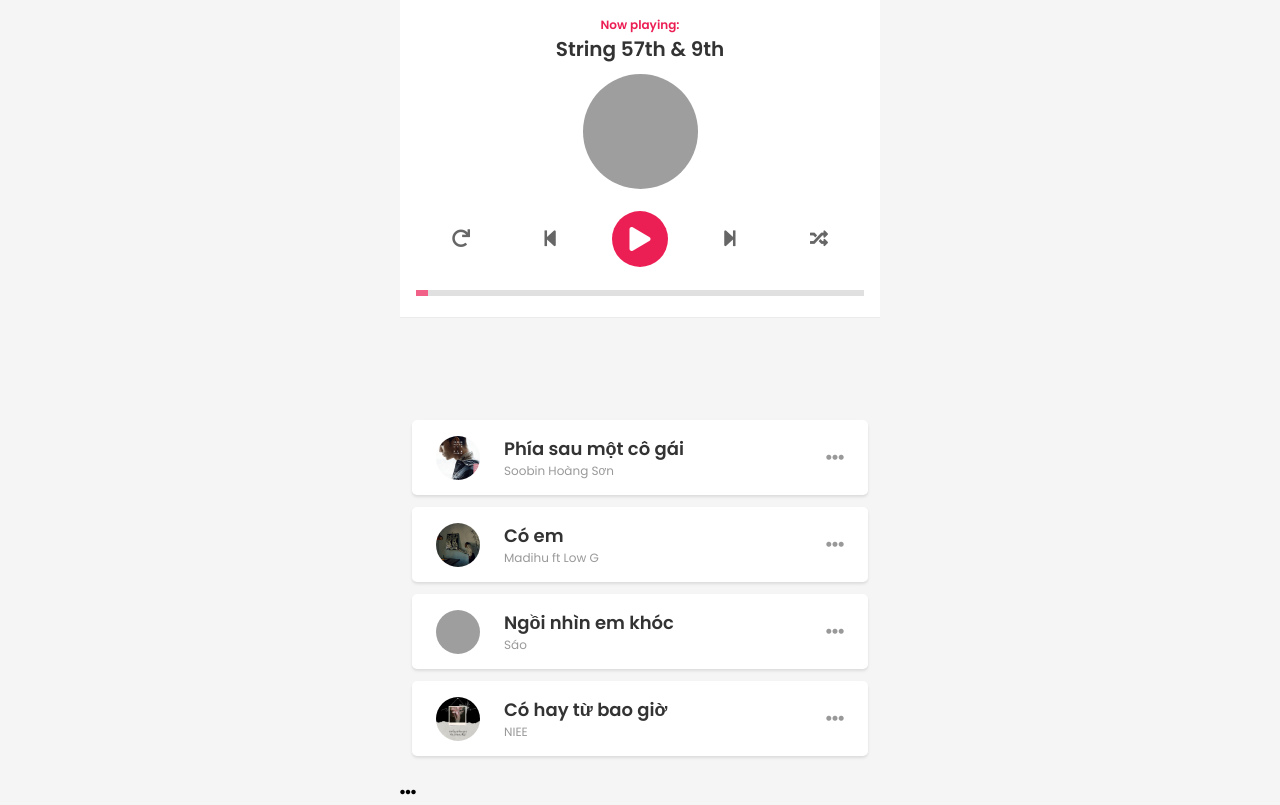
Repository: phan250501/Music
Page: index.html
The author's editor kept a copy of each file at every save. The page is drawn from the files as they stood at one save, then again after the next save.
The browser window is 1280 px wide. The pictures show the whole page.
Pictures or frames that could not be fetched are drawn as grey boxes.

Above is the page before, as saved 2023-06-05 16:21:58.

After the next save:
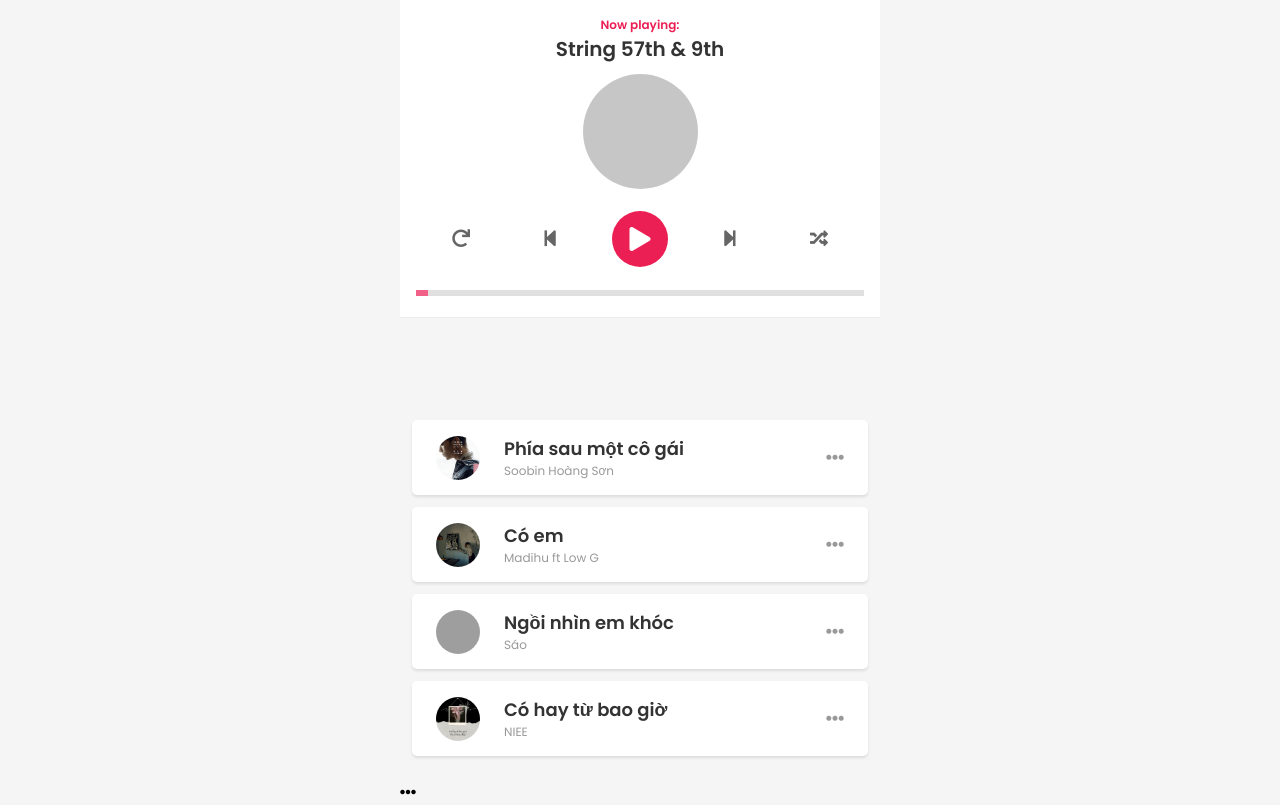
Saved 72 s later.
--- a/index.js
+++ b/index.js
@@ -53,7 +53,8 @@
         document.onscroll = function(){
             const scrollTop = window.scrollY || document.documentElement.scrollTop;
             const newCdWidth = cd.offsetWidth - scrollTop;
-            cd.style.width = newCdWidth + 'px';
+            cd.style.width = newCdWidth > 0 ? newCdWidth + 'px' : 0;
+            cd.style.opacity = newCdWidth / cdWidth;
         }
     },
     start: function(){
